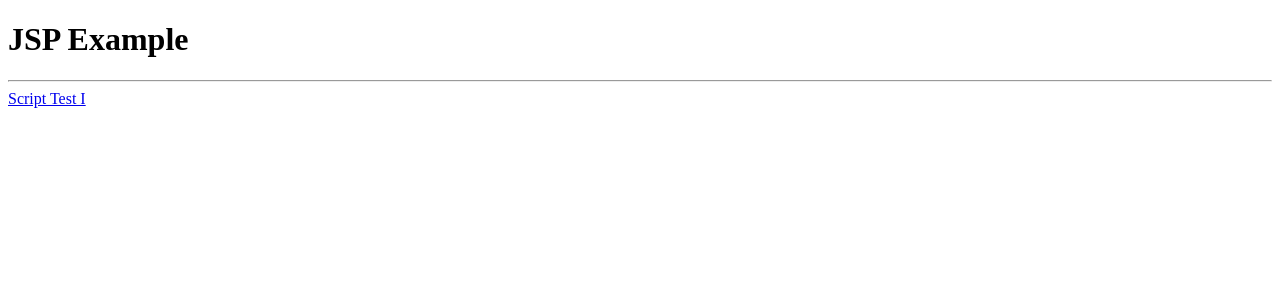
Repository: an-sehyeon/web_inworld
Page: http://localhost/web/index.jsp
An editor plug-in stored every save of this project. The page is shown before and after the next save, followed by the edit.
The browser window is 1280 px wide. The pictures show the whole page.
The page is served by Tomcat 10. Other server files are loaded and not shown.

Above is the page before, as saved 2024-12-14 06:24:48.

### web_inwolrd/04_Servlet/dev/web/src/main/webapp/index.jsp
<%@ page language="java" contentType="text/html; charset=UTF-8"
    pageEncoding="UTF-8"%>
<!DOCTYPE html>
<html>
<head>
<meta charset="UTF-8">
<title>JSP</title>
</head>
<body>
	<h1>JSP Example</h1>
	<hr>
	<a href="01_script_test.jsp">Script Test I</a><br>
</body>
</html>

After the next save:
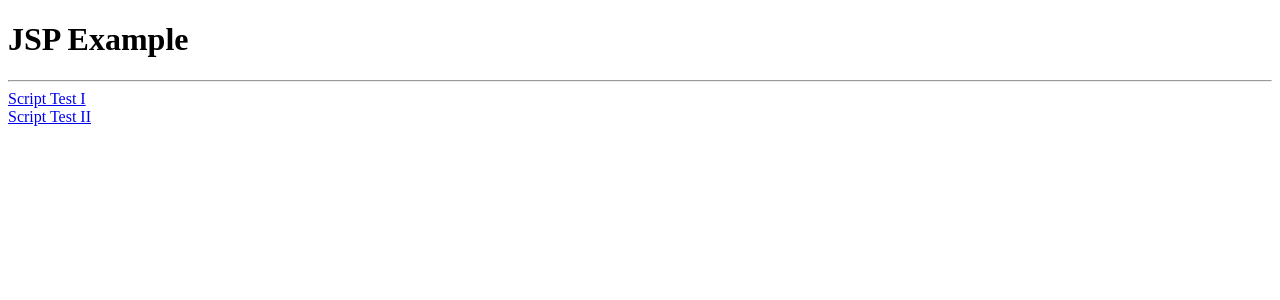
Saved 8 min 48 s later.
--- a/web_inwolrd/04_Servlet/dev/web/src/main/webapp/index.jsp
+++ b/web_inwolrd/04_Servlet/dev/web/src/main/webapp/index.jsp
@@ -10,5 +10,6 @@
 	<h1>JSP Example</h1>
 	<hr>
 	<a href="01_script_test.jsp">Script Test I</a><br>
+	<a href="02_script_test.jsp">Script Test II</a><br>
 </body>
 </html>
